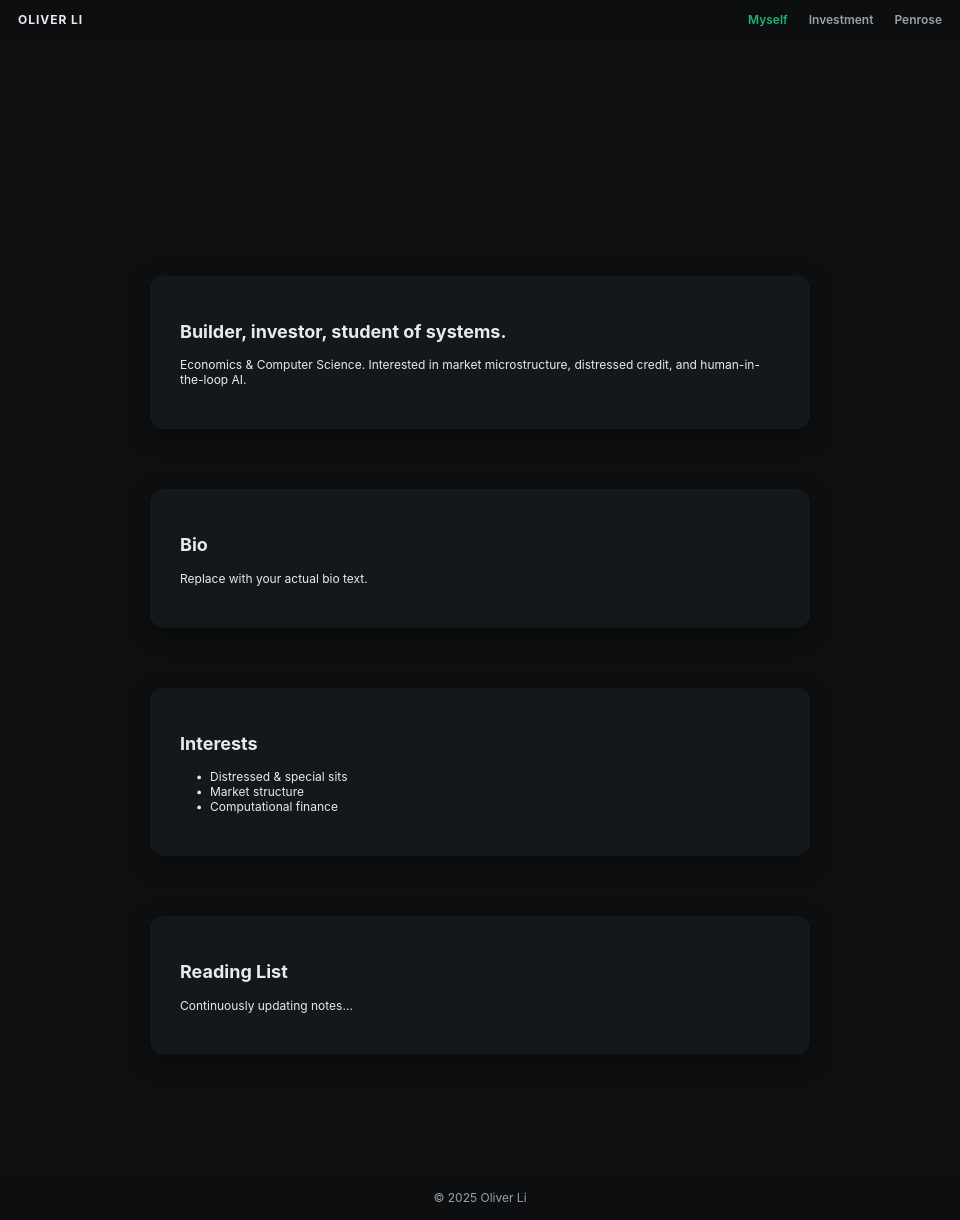
Repository: oliverli1728/portfolio
Page: index.html
These files come from the project's save history. The page is drawn as it stood at one moment and after the next save; the edit follows.
The browser window is 1280 px wide. The pictures show the whole page, at 75% of full size.
Some web fonts or font styles are not loaded; a fallback is used.

Above is the page before, as saved 2025-09-25 22:35:19.
Console error: TypeError: Cannot read properties of null (reading 'style')

After the next save:
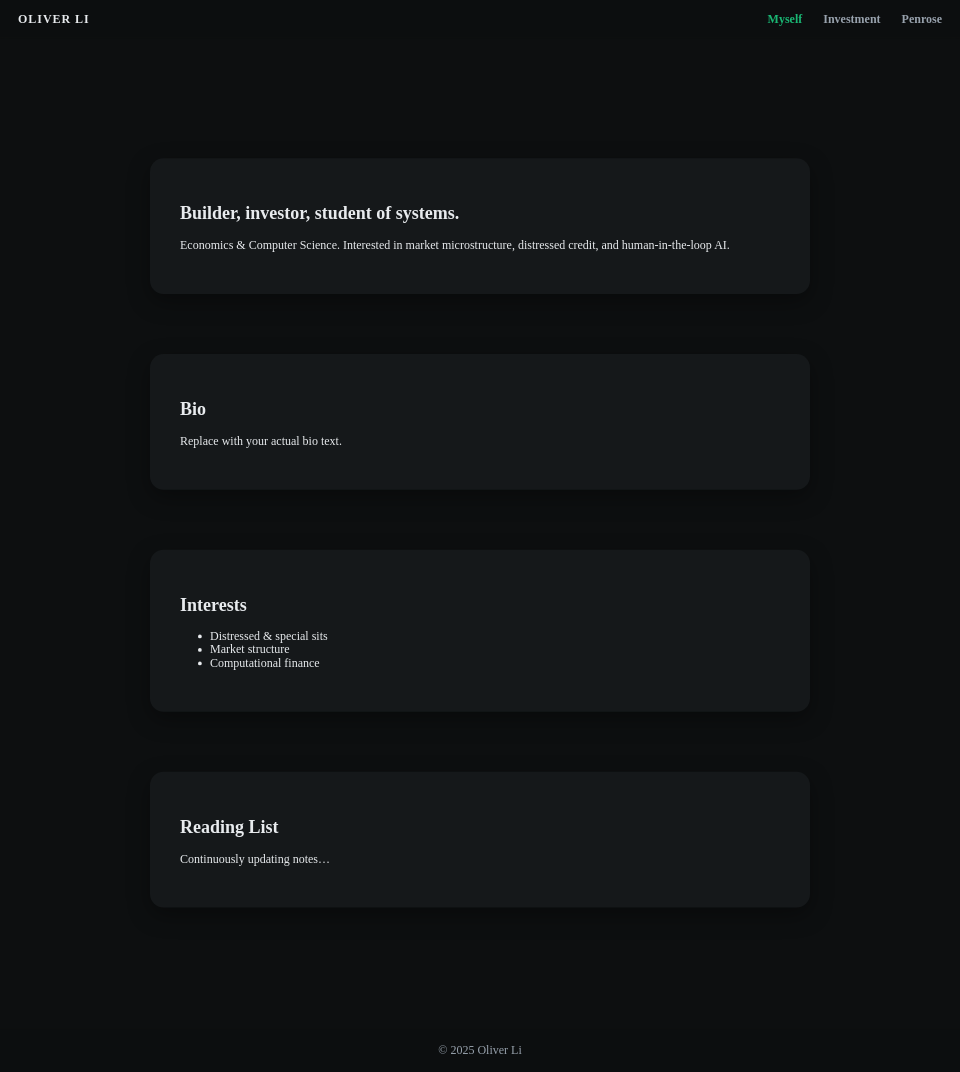
Saved 22 s later.
--- a/style.css
+++ b/style.css
@@ -5,14 +5,13 @@
   --text:#e8ebee;
   --accent:#1ab774;
   --accent-2:#0f8054;
-  --rail:#0e2a22;
   --radius:18px;
   --shadow:0 10px 30px rgba(0,0,0,.35);
 }
 
 body{
   margin:0;
-  font-family:Inter,system-ui,sans-serif;
+  font-family:"Lusitana", serif;
   background:var(--bg);
   color:var(--text);
   scroll-behavior:smooth;
@@ -23,6 +22,7 @@ body{
   padding:16px 24px; backdrop-filter:blur(6px);
   background:rgba(13,15,16,0.85);
   border-bottom:1px solid #111;
+  z-index:10;
 }
 .brand{ color:var(--text); font-weight:700; text-decoration:none; letter-spacing:.08em; }
 .nav{ display:flex; gap:28px; }
@@ -32,10 +32,6 @@ body{
 .tab-content{ display:none; min-height:100vh; padding:80px 20px; }
 .tab-content.active{ display:block; }
 
-/* Particle */
-.particle-track{ position:fixed; top:0; left:50%; width:2px; height:100%; background:linear-gradient(var(--rail),transparent); transform:translateX(-50%); z-index:0; }
-.particle{ position:fixed; left:50%; top:20vh; width:16px; height:16px; border-radius:50%; background:radial-gradient(circle at 30% 30%, #b7ffd8, var(--accent)); box-shadow:0 0 20px rgba(26,183,116,.7); transform:translate(-50%,0); }
-
 /* Panels */
 .panel{ margin:80px auto; max-width:800px; background:var(--elev); padding:40px; border-radius:var(--radius); box-shadow:var(--shadow); }
 [data-fade]{ opacity:0; transform:translateY(24px); transition: opacity .8s ease, transform .8s ease; }
@@ -43,9 +39,12 @@ body{
 
 /* Penrose animation */
 .penrose-container{ display:flex; flex-direction:column; align-items:center; justify-content:center; height:100vh; }
-.penrose-animated{ width:320px; animation: float 5s ease-in-out infinite, rotate 30s linear infinite; }
+.penrose-animated{ width:320px; animation: float 5s ease-in-out infinite, rotate 40s linear infinite; }
 @keyframes float{ 0%,100%{ transform:translateY(0); } 50%{ transform:translateY(-20px); } }
 @keyframes rotate{ 0%{ transform:rotate(0deg); } 100%{ transform:rotate(360deg); } }
 
+/* Canvas for particle */
+#particleCanvas{ position:fixed; top:0; left:0; width:100%; height:100%; z-index:0; pointer-events:none; }
+
 /* Footer */
-.site-footer{ text-align:center; padding:20px; border-top:1px solid #111; background:#0c0e0f; color:var(--muted); }
+.site-footer{ text-align:center; padding:20px; border-top:1px solid #111; background:#0c0e0f; color:var(--muted); z-index:5; position:relative; }
